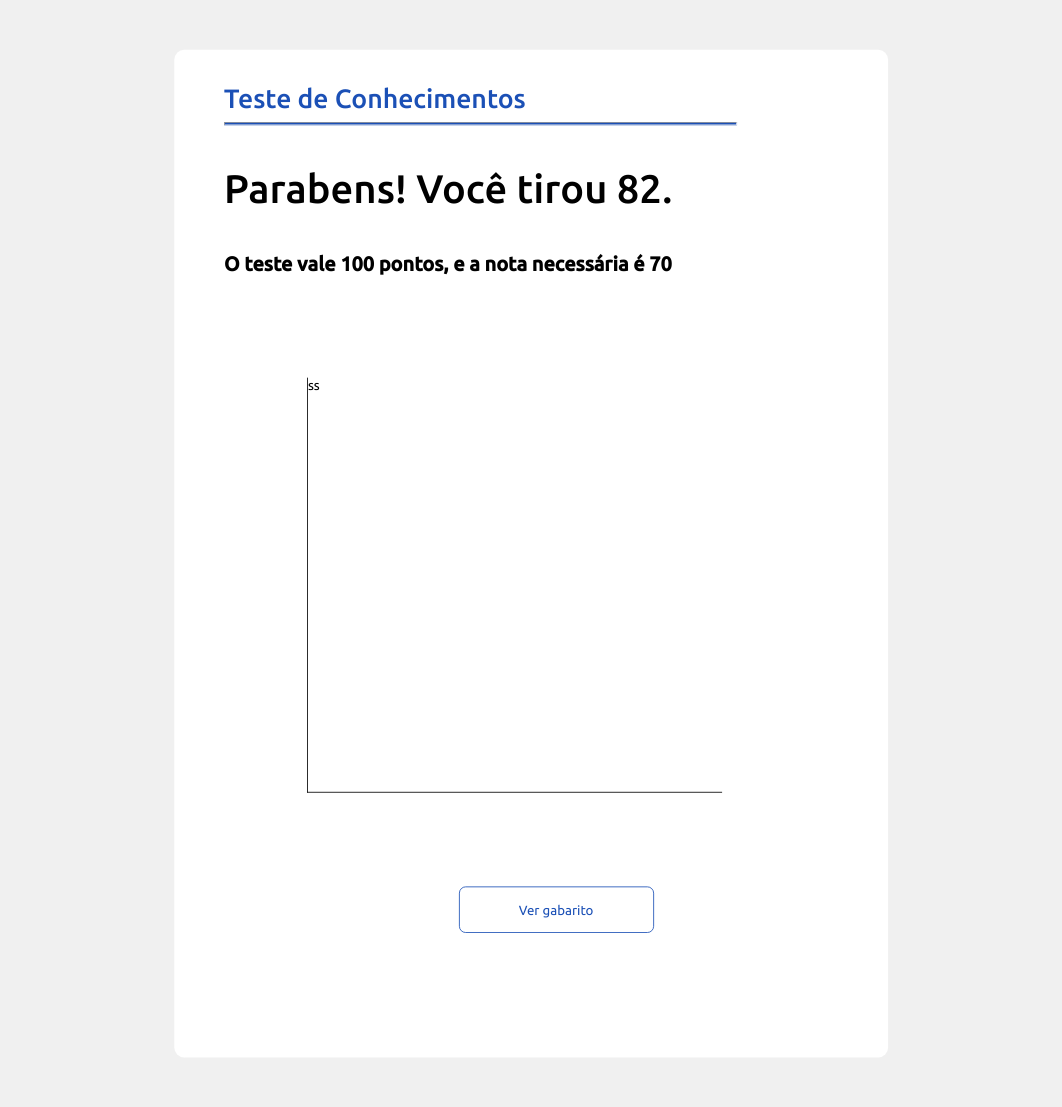
Repository: Delei09/desafioPerguntas
Page: /resultado (app in frontend/)
An editor plug-in stored every save of this project. The page is shown before and after the next save, followed by the edit.
The browser window is 1280 px wide. The pictures show the whole page, at 83% of full size.
The project was rebuilt for these pictures with package versions that can differ from the ones it lists, and the page was loaded fresh each time. A package was used in the major version that the imports need, not the one package.json lists. Also part of the build but not shown: frontend/src/styles/home.scss, frontend/src/page/Home.tsx, frontend/src/styles/gabarito.scss, frontend/src/page/Gabarito.tsx.

Above is the page before, as saved 2021-08-19 08:34:04.

After the next save:
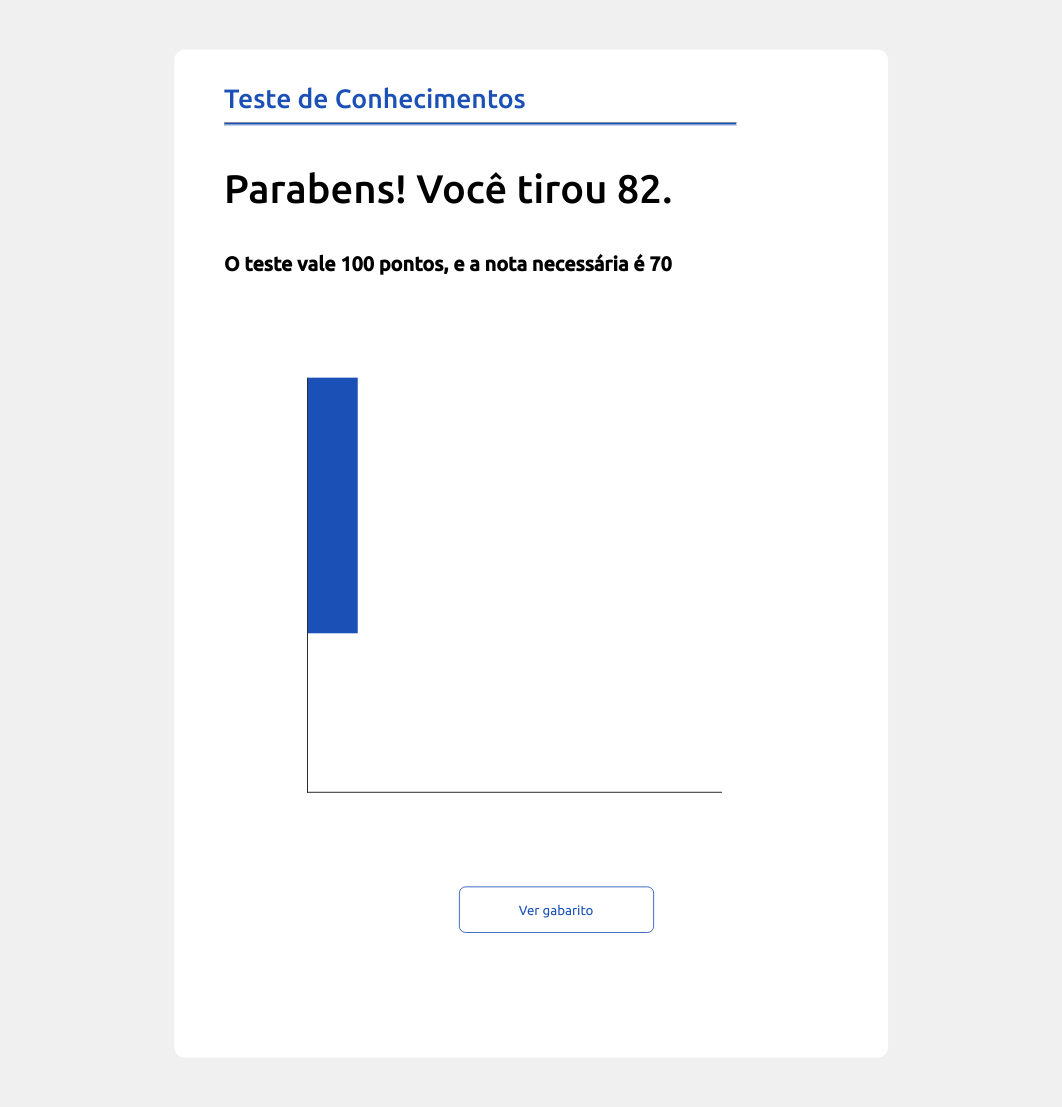
Saved 2 s later.
--- a/frontend/src/page/Resultado.tsx
+++ b/frontend/src/page/Resultado.tsx
@@ -19,8 +19,9 @@ console.log(respGeo, respHis, respMat)
      <ContainerMain titulo = 'O teste vale 100 pontos, e a nota necessária é 70'>
           <div className= 'divResultadoGrafico'>
               <div>
-                  <span>ss</span>
-                  <span></span>
+                  <div className = 'graficoMat'></div>
+                  <div className = 'grafic0Mat'></div>
+                  <div className = 'grafic0Mat'></div>
 
               </div>
           </div>
